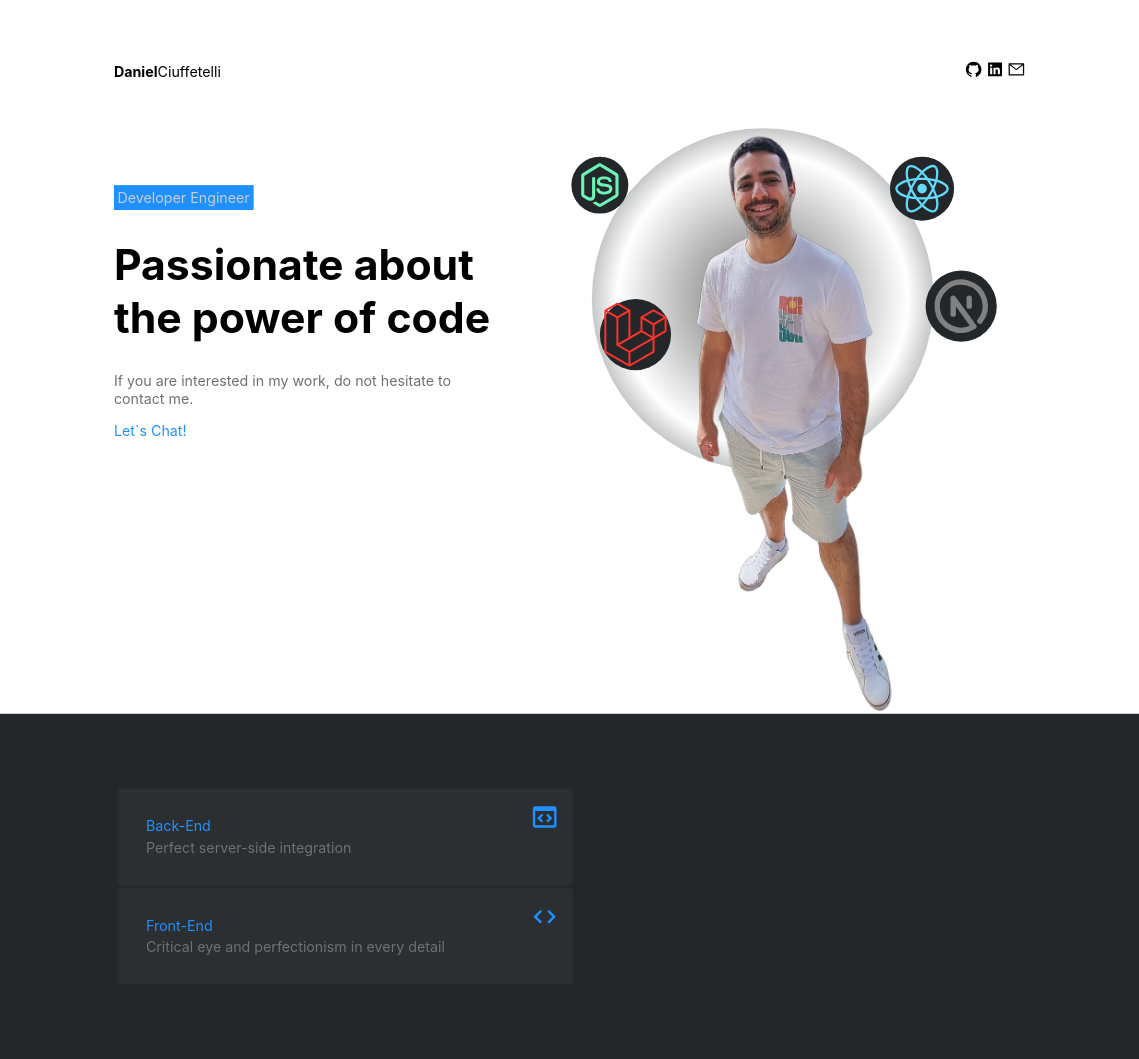
Repository: ciuffetelli/portfolio
Page: /
An editor plug-in stored every save of this project. The page is shown before and after the next save, followed by the edit.
The browser window is 1280 px wide. The pictures show the whole page, at 89% of full size.
The project was rebuilt for these pictures with package versions that can differ from the ones it lists, and the page was loaded fresh each time. The framework's server and built-in components were replaced by stand-ins that run in the browser. Also part of the build but not shown: next.config.js, Components/Accordion/AccordionItem.tsx.

Above is the page before, as saved 2022-12-06 07:26:39.

After the next save:
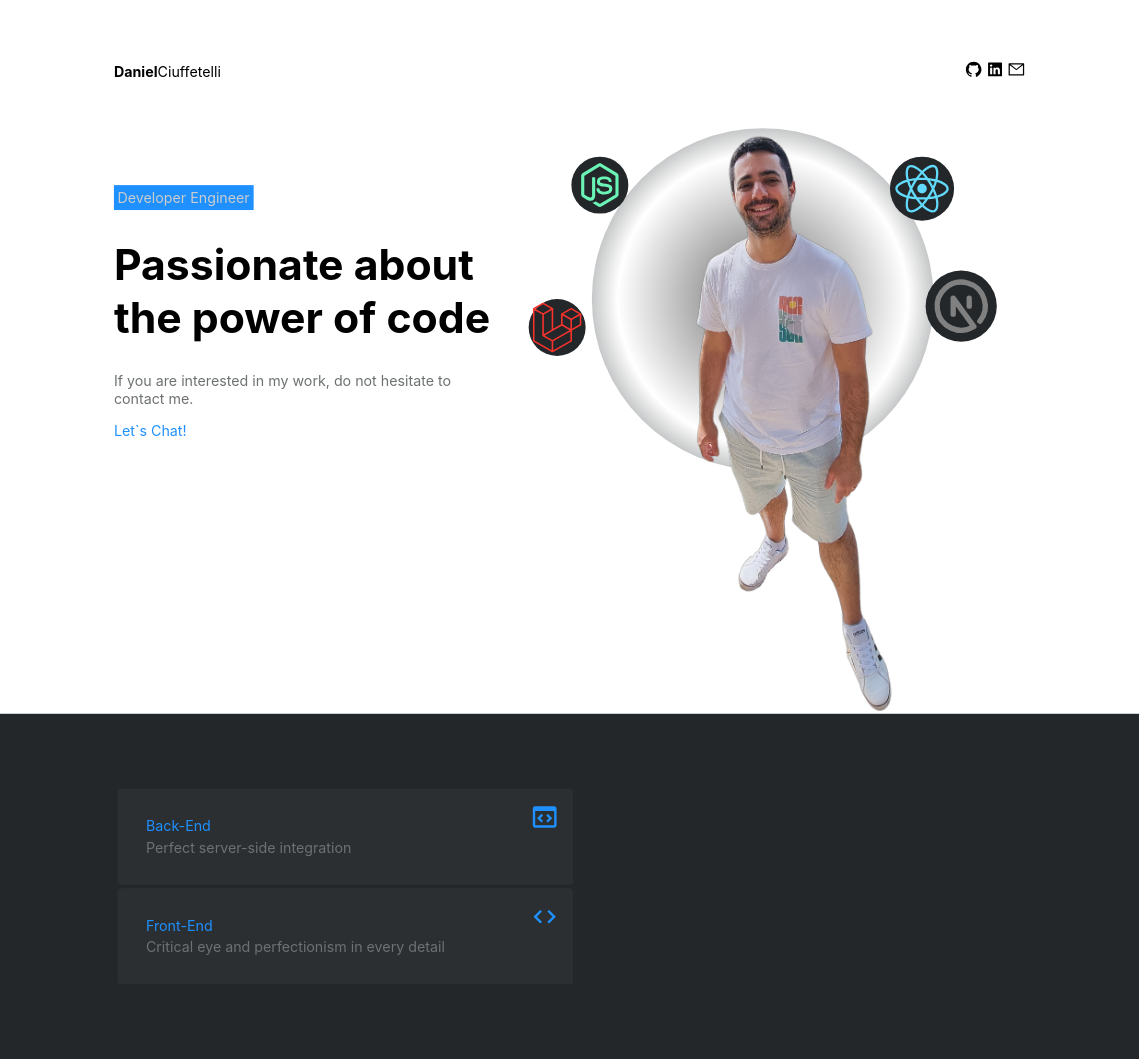
Saved 18 s later.
--- a/Components/Hero.tsx
+++ b/Components/Hero.tsx
@@ -19,7 +19,7 @@
                 <Tech top={2} left={5} width={4} height={4}><NodeJs /></Tech>
                 <Tech top={2} right={5} width={4.5} height={4.5}><React /></Tech>
                 <Tech top={10} right={2} width={5} height={5}><Next /></Tech>
-                <Tech top={12} left={7} width={5} height={5}><Laravel /></Tech>
+                <Tech top={12} left={2} width={4} height={4}><Laravel /></Tech>
             </RightSide>
         </Container>
     )
